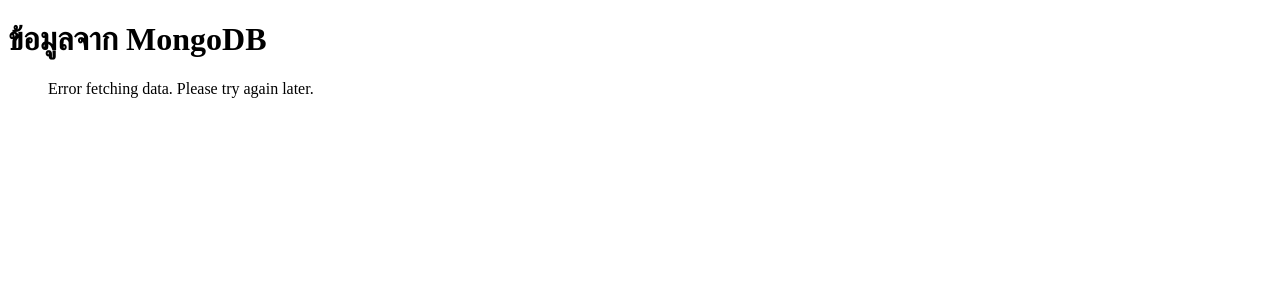
Repository: kamon010/Project1
Page: public/index.html
The author's editor kept a copy of each file at every save. The page is drawn from the files as they stood at one save, then again after the next save.
The browser window is 1280 px wide. The pictures show the whole page.
The page's requests for data from a server got no answer.

Above is the page before, as saved 2024-08-19 23:15:45.

### public/index.html
<!DOCTYPE html>
<html lang="en">

<head>
    <meta charset="UTF-8">
    <meta name="viewport" content="width=device-width, initial-scale=1.0">
    <title>MongoDB Data Display</title>
</head>

<body>
    <h1>ข้อมูลจาก MongoDB</h1>
    <ul id="data-list"></ul>

    <script>
        async function fetchData() {
            try {
                const response = await fetch('/data');
                if (!response.ok) {
                    throw new Error(`HTTP error! status: ${response.status}`);
                }
                const data = await response.json();

                const list = document.getElementById('data-list');
                data.forEach(item => {
                    const listItem = document.createElement('li');
                    listItem.textContent = `ชื่อ: ${item.name}, อีเมล: ${item.email}, อายุ: ${item.age}, งานอดิเรก: ${item.hobbies.join(', ')}`;
                    list.appendChild(listItem);
                });
            } catch (error) {
                console.error('Error fetching data:', error);
                document.getElementById('data-list').textContent = 'Error fetching data. Please try again later.';
            }
        }

        fetchData();
    </script>
</body>

</html>

After the next save:
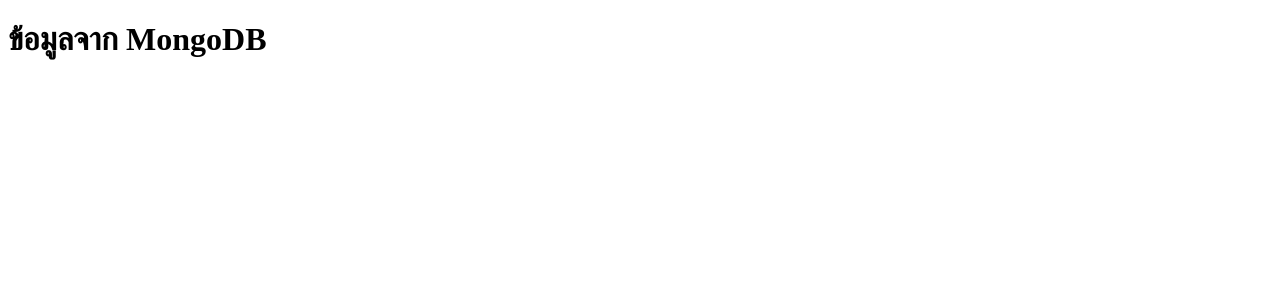
Console error: ReferenceError: app is not defined
Saved 14 min 50 s later.
--- a/public/index.html
+++ b/public/index.html
@@ -31,6 +31,30 @@
                 document.getElementById('data-list').textContent = 'Error fetching data. Please try again later.';
             }
         }
+        app.get('/data', async(req, res) => {
+            try {
+                console.log("Connecting to MongoDB...");
+                await client.connect();
+                console.log("Connected to MongoDB.");
+
+                const database = client.db('Project');
+                const collection = database.collection('Project');
+
+                console.log("Fetching data...");
+                const data = await collection.find({}).toArray();
+                console.log("Data fetched:", data);
+
+                res.json(data);
+            } catch (err) {
+                console.error("Error retrieving data:", err);
+                res.status(500).json({
+                    message: 'Error retrieving data'
+                });
+            } finally {
+                console.log("Closing MongoDB connection.");
+                await client.close();
+            }
+        });
 
         fetchData();
     </script>

After the save that followed:
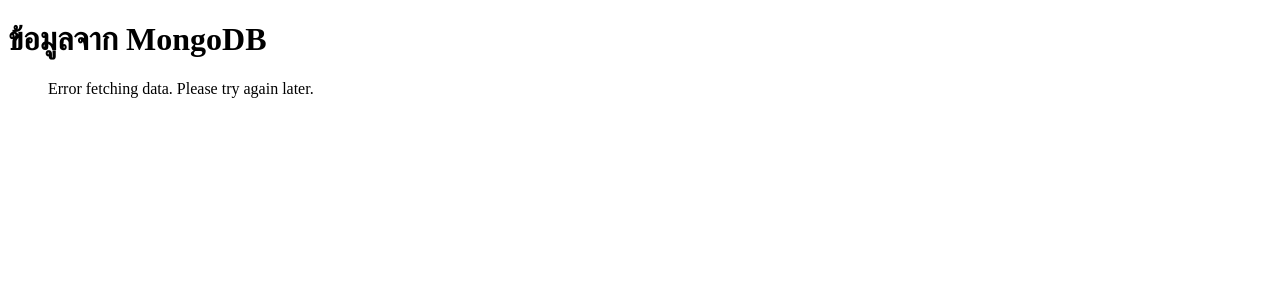
The error is gone.
Saved 2 min 31 s later.
--- a/public/index.html
+++ b/public/index.html
@@ -18,43 +18,25 @@
                 if (!response.ok) {
                     throw new Error(`HTTP error! status: ${response.status}`);
                 }
+
                 const data = await response.json();
 
                 const list = document.getElementById('data-list');
-                data.forEach(item => {
-                    const listItem = document.createElement('li');
-                    listItem.textContent = `ชื่อ: ${item.name}, อีเมล: ${item.email}, อายุ: ${item.age}, งานอดิเรก: ${item.hobbies.join(', ')}`;
-                    list.appendChild(listItem);
-                });
+                if (data.length === 0) {
+                    list.textContent = 'ไม่มีข้อมูลในฐานข้อมูล';
+                } else {
+                    data.forEach(item => {
+                        const listItem = document.createElement('li');
+                        listItem.textContent = `ชื่อ: ${item.name}, อีเมล: ${item.email}, อายุ: ${item.age}, งานอดิเรก: ${item.hobbies.join(', ')}`;
+                        list.appendChild(listItem);
+                    });
+                }
             } catch (error) {
                 console.error('Error fetching data:', error);
-                document.getElementById('data-list').textContent = 'Error fetching data. Please try again later.';
+                const list = document.getElementById('data-list');
+                list.textContent = 'Error fetching data. Please try again later.';
             }
         }
-        app.get('/data', async(req, res) => {
-            try {
-                console.log("Connecting to MongoDB...");
-                await client.connect();
-                console.log("Connected to MongoDB.");
-
-                const database = client.db('Project');
-                const collection = database.collection('Project');
-
-                console.log("Fetching data...");
-                const data = await collection.find({}).toArray();
-                console.log("Data fetched:", data);
-
-                res.json(data);
-            } catch (err) {
-                console.error("Error retrieving data:", err);
-                res.status(500).json({
-                    message: 'Error retrieving data'
-                });
-            } finally {
-                console.log("Closing MongoDB connection.");
-                await client.close();
-            }
-        });
 
         fetchData();
     </script>
